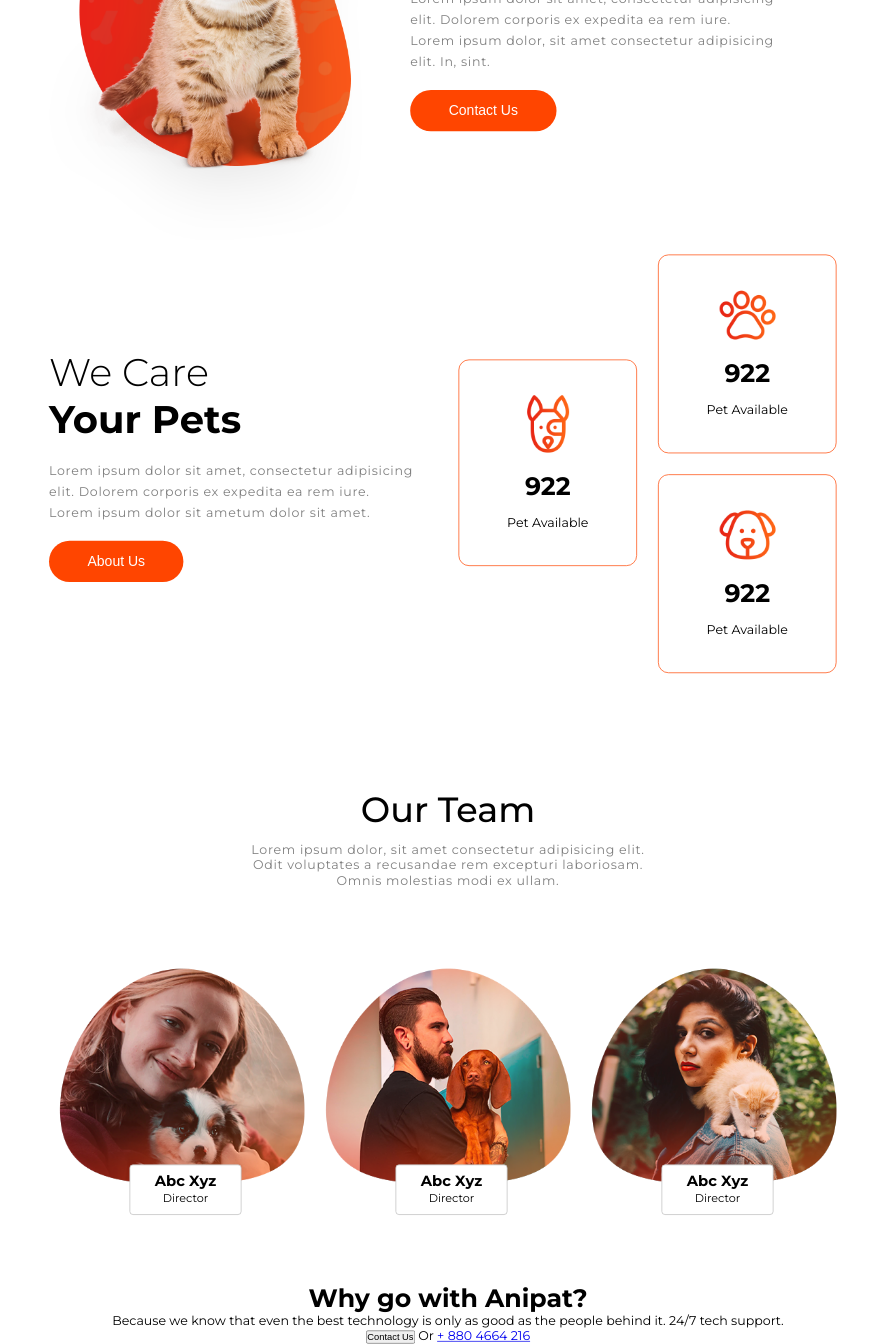
Repository: giahuy405/Day_2_Anipat
Page: index.html
The author's editor kept a copy of each file at every save. The page is drawn from the files as they stood at one save, then again after the next save.
The browser window is 1280 px wide. The pictures show the part of the page from y = 1991 to 3911 px (the page is 3911 px tall), at 70% of full size.

Above is the page before, as saved 2022-09-09 00:12:17.

### index.html
<!DOCTYPE html>
<html lang="en">
<head>
    <meta charset="UTF-8">
    <meta http-equiv="X-UA-Compatible" content="IE=edge">
    <meta name="viewport" content="width=device-width, initial-scale=1.0">
    <title>Anipat</title>
    <link rel="stylesheet" href="https://cdnjs.cloudflare.com/ajax/libs/font-awesome/6.2.0/css/all.min.css">
    <link href="https://fonts.googleapis.com/css2?family=Montserrat:wght@300;400;500;700&display=swap" rel="stylesheet">
    <link rel="stylesheet" href="./css/index.css">
</head>
<body>
    <header>
        <div class="header-top">
            <div class="container">
                <div class="header__contact">
                    <a href="#">+880 4664 216 </a>
                    <span>Mon - Sat 10:00 - 7:00</span>
                </div>
                <div class="header__social">
                    <ul>
                        <li><a href="#"><i class="fa-brands fa-facebook-f"></i></a></li>
                        <li><a href="#"><i class="fa-brands fa-pinterest-p"></i></a></li>
                        <li><a href="#"><i class="fa-brands fa-google-plus-g"></i></a></li>
                        <li><a href="#"><i class="fa-brands fa-linkedin-in"></i></a></li>
                    </ul>
                </div>
                <div class="clear"></div>
            </div>
        </div>
        <div class="header-bottom container">
            <img src="./img/logo.png" alt="Logo">
            <ul>
                <li><a href="#">Home</a></li>
                <li><a href="#">About</a></li>
                <li><a href="#">Blog</a></li>
                <li><a href="#">Pages</a></li>
                <li><a href="#">Services</a></li>
                <li><a href="#">Contact</a></li>
            </ul>
            <div class="clear"></div>
        </div>

    </header>
    <div class="carousel">
        <div class="container">
            <div class="carousel__content">
                <h1>We Care</h1>
                <h2>Your Pets</h2>
                <p>Lorem ipsum dolor sit amet, consectetur adipisicing elit. Dolorem corporis ex expedita ea rem iure.</p>
                <button>Contact Us</button>
            </div>
            <div class="carousel__dog">
                <img src="./img/dog.png" alt="Dog">
            </div>
            <div class="clear"></div>
        </div>
    </div>
    <div class="service">
        <div class="service-top">
            <h1>Services for every dog</h1>
            <p>Lorem ipsum dolor sit amet, consectetur adipiscing elit, sed do eiusmod tempor incididunt ut labore et dolore magna</p>
        </div>
        <div class="service-bottom container">
            <div class="service-card">
                <div class="service__item">
                    <div class="service__background">
                        <img src="./img/service_icon_1.png" alt="">
                    </div>
                    <h2>Pet Boarding</h2>
                    <p>Lorem, ipsum dolor sit amet consectetur adipisicing elit. Quasi asperiores</p>
                </div>
            </div>
            <div class="service-card">
                <div class="service__item">
                    <div class="service__background">
                        <img src="./img/service_icon_2.png" alt="">
                    </div>
                    <h2>Pet Boarding</h2>
                    <p>Lorem, ipsum dolor sit amet consectetur adipisicing elit. Quasi asperiores</p>
                </div>
            </div>
            <div class="service-card">
                <div class="service__item">
                    <div class="service__background">
                        <img src="./img/service_icon_3.png" alt="">
                    </div>
                    <h2>Pet Boarding</h2>
                    <p>Lorem, ipsum dolor sit amet consectetur adipisicing elit. Quasi asperiores</p>
                </div>
            </div>
            <div class="clear"></div>
        </div>
    </div>
    <div class="netcare container">
        <div class="netcare__cat">
            <img src="./img/pet_care.png" alt="pet care">
        </div>
        <div class="netcare__content">
                <h1>We Care</h1>
                <h2>Your Pets</h2>
                <p>Lorem ipsum dolor sit amet, consectetur adipisicing elit. Dolorem corporis ex expedita ea rem iure. Lorem ipsum dolor, sit amet consectetur adipisicing elit. In, sint.</p>
                <button>Contact Us</button>
        </div>
        <div class="clear"></div>
    </div>
    <div class="care">
        <div class="container">
            <div class="care__content">
                <h1>We Care</h1>
                <h2>Your Pets</h2>
                <p>Lorem ipsum dolor sit amet, consectetur adipisicing elit. Dolorem corporis ex expedita ea rem iure. Lorem ipsum dolor sit ametum dolor sit amet.</p>
                <button>About Us</button>
            </div>
            <div class="care__items">
                <div class="care__item">
                    <div class="care__card care__card--left">
                        <div class="care__desc">
                            <img src="./img/1.png" alt="">
                            <h1>922</h1>
                            <p>Pet Available</p>
                        </div>
                    </div>
                </div>
                <div class="care__item">
                    <div class="care__card">
                        <div class="care__desc">
                            <img src="./img/2.png" alt="">
                            <h1>922</h1>
                            <p>Pet Available</p>
                        </div>
                    </div>
                    <div class="care__card">
                        <div class="care__desc">
                            <img src="./img/3.png" alt="">
                            <h1>922</h1>
                            <p>Pet Available</p>
                        </div>
                    </div>
                </div>
                <div class="clear"></div>
            </div>
            <div class="clear"></div>
        </div>
    </div>
    <div class="team container">
        <div class="team-top">
            <h1>Our Team</h1>
            <p>Lorem ipsum dolor, sit amet consectetur adipisicing elit. Odit voluptates a recusandae rem excepturi laboriosam. Omnis molestias modi ex ullam.</p>
        </div>
        <div class="team-bottom">
            <div class="team__card">
                <img src="./img/team1.png" alt="">
                <div class="team__box">
                    <div class="team__content">
                        <h3>Abc Xyz</h3>
                        <p>Director</p>
                    </div>
                </div>
            </div>
            <div class="team__card">
                <img src="./img/team2.png" alt="">
                <div class="team__box">
                    <div class="team__content">
                        <h3>Abc Xyz</h3>
                        <p>Director</p>
                    </div>
                </div>
            </div>
            <div class="team__card">
                <img src="./img/team3.png" alt="">
                <div class="team__box">
                    <div class="team__content">
                        <h3>Abc Xyz</h3>
                        <p>Director</p>
                    </div>
                </div>
            </div>
            <div class="clear"></div>
        </div>
    </div>
    <div class="banner">
        <div class="banner-top">
            <h1>Why go with Anipat?</h1>
            <p>Because we know that even the best technology is only as good as the people behind it. 24/7 tech support.</p>
        </div>
        <div class="banner-bottom">
            <button>Contact Us</button>
            <span>Or</span>
            <a href="#"> + 880 4664 216</a>
        </div>
    </div>
</body>
</html>

### css/index.css
*{
    padding: 0;
    margin: 0;
    box-sizing: border-box;
}
.clear{
    clear: both;
}
html{
    font-size: 18px;
    font-family: 'Montserrat', sans-serif;
}
.container{
    width: 1140px;
    margin: 0 auto;
}
.header__contact{
    float: left;
}
.header__social{
    float: right;
}
.header-top{
    background-color: black;
    padding: 15px;
}
.header__contact a{
     color: white;
     text-decoration: none;
     transition: all 0.2s;
}
.header__contact a:hover{
    color: red;
}
.header__contact span{
    color: white;
    margin-left: 35px;
}
.header__social ul,.header-bottom ul{
    list-style: none;
}
.header__social li,.header-bottom li{
    display: inline;
    margin-left: 35px;
}
.header__social i{
    color: white;
    transition: all 0.2s;
}
.header__social i:hover{
    color: red;
}
.header-bottom ul{
    float: right;
}
.header-bottom a{
    text-decoration: none;
    font-weight: bold;
    color: black;
    transition: all 0.2;
    line-height: 40px;
}
.header-bottom a:hover{
    color: red;
}
.header-bottom{
    padding: 20px 0;
}
.carousel{
    background-image: url(../img/banner.png);
    background-position: center bottom;
    background-repeat: no-repeat;
    background-size: 100%;
    height: 600px;
    position: relative;
    margin-bottom: 150px;
}
.carousel__content{
    float: left;
    width: 33%;
    padding-top: 100px;
}
.carousel__dog{
    float: left;
    width: 67%;
    position: absolute;
    top: -10px;
    left: 315px;
    padding: 30px;
}
.carousel__content h1{
    color: white;
    font-size: 70px;
    font-weight: 300;
}
.carousel__content h2{
    color: white;
    font-size: 70px;
    font-weight: 700;
}
.carousel__content p{
    color: white;
    line-height: 30px;
    letter-spacing: 1px;
    margin: 20px 0;
}
.carousel__content button{
    padding: 19px 50px;
    border-radius: 30px;
    border: none;
    font-size: 18px;
    background-color: white;
    color: orangered;
    cursor: pointer;
}
.carousel__content button:hover{
    background-color: orangered;
    color: white;
}
.carousel__dog img{
    width: 100%;

}
.service{
    text-align: center;
    margin-bottom: 100px;
}
.service-top h1{
    font-weight: 500;
    font-size: 50px;
    margin-bottom: 15px;
}
.service-top p{
    padding: 0 300px;
    color: grey;
}
.service-top{
    margin-bottom: 150px;
}
.service-card{
    float: left;
    width: 33.3333%;
}
.service__background{
    background-image: url(../img/service_icon_bg_1.png);
    width: 161px;
    height: 143px;
    background-position: center;
    margin: 0 auto;
}
.service__item{
    border: 1px solid orangered;
    border-radius: 15px;
    padding: 60px 40px;
}
.service-card{
    padding: 20px;
}
.service__item img{
    padding-top: 35px;
}
.service__item h2{
    margin: 30px 0;
}
.service__item p{
    color: grey;
    line-height: 30px;
}
.netcare__cat{
    float: left;
    width: 40%;
}
.netcare__content{
    float: left;
    width: 60%;
    padding-right: 100px;
    padding-top: 75px;
    padding-left: 60px;
}
.netcare__cat img{
    width: 100%;
}
.netcare__content h1,.care__content h1{
    color: black;
    font-size: 55px;
    font-weight: 300;
}
.netcare__content h2,.care__content h2{
    color: black;
    font-size: 55px;
    font-weight: 700;
}
.netcare__content p,.care__content p{
    color: grey;
    line-height: 30px;
    letter-spacing: 1px;
    margin: 25px 0;
}
.netcare__content button,.care__content button{
    padding: 18px 55px;
    border-radius: 30px;
    border: none;
    background-color: orangered;
    color: white;
    font-size: 20px;
    cursor: pointer;
    transition: all 0.2s;
}
.netcare__content button:hover,.care__content  button:hover{
    background-color: white;
    border: 1px solid orangered;
    color: orangered;
}
.care__content,.care__items,.care__item{
    float: left;
    width: 50%;
}
.care__content{
    padding-right: 50px;
    padding-top: 150px;
}
.care__desc{
    border: 1px solid orangered;
    border-radius: 15px;
   padding: 50px 20px;
}
.care__card{
    text-align: center;
    margin-bottom: 30px;
}
.care__item{
     padding: 15px;
}
.care__card--left{
    margin-top: 150px;
}
.care__item h1{
    margin: 20px 0;
}
.team{
    text-align: center;
    margin-top: 120px;
    margin-bottom: 120px;
}
.team-top h1{
    font-weight: 500;
    font-size: 50px;
}
.team-top p{
    padding: 0 250px;
    letter-spacing: 1px;
    color: grey;
    margin: 15px;
}
.team__card{
    float: left;
    width: 33.333%;
    padding: 15px;
    position: relative;
}
.team-bottom{
    margin-top: 100px;
}
.team__card img{
    width: 100%;
}
.team__content{
    border: 1px solid rgb(190, 190, 190);
    border-radius: 5px;
    padding: 10px 35px;
    background-color:white;
}
.team__box{
    position: absolute;
    top: 295px;
    left: 115px;
}
.team__content p{
    font-size: 16px;
    line-height: 25px;
}
.banner{
    text-align: center;
}

After the next save:
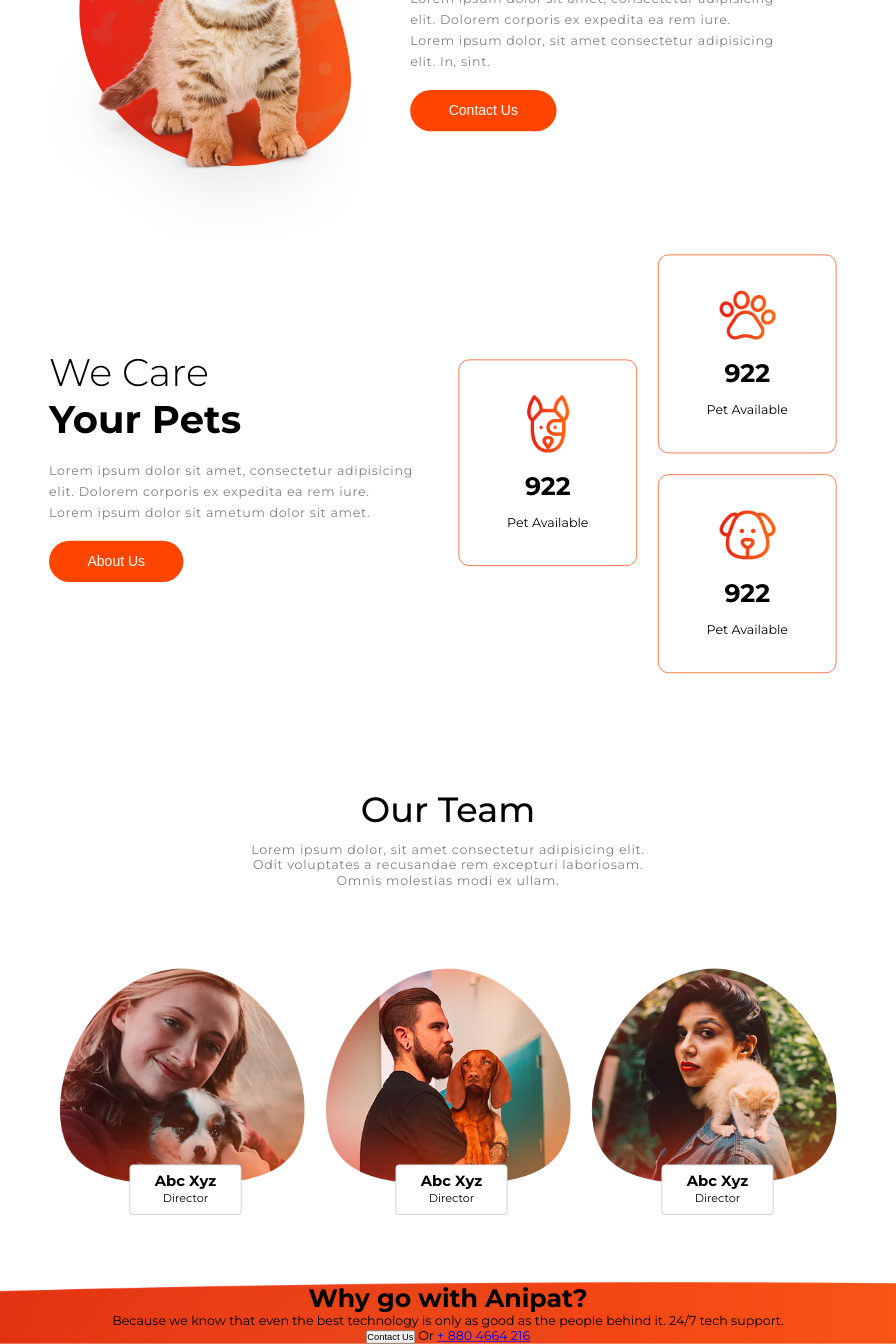
Saved 17 s later.
--- a/css/index.css
+++ b/css/index.css
@@ -281,4 +281,5 @@ html{
 }
 .banner{
     text-align: center;
-}
+    background-image: url(../img/contact_bg.png);
+}
